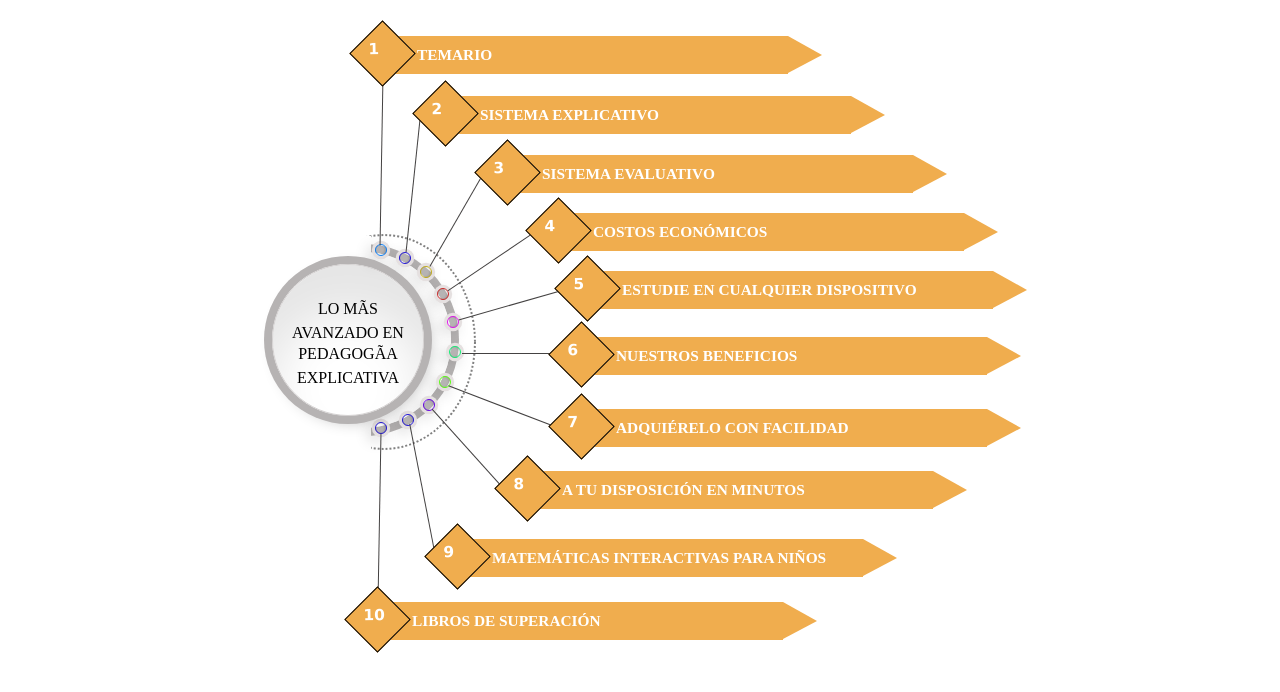
Repository: jennymoreno94/Menu
Page: index.html
These files come from the project's save history. The page is drawn as it stood at one moment and after the next save; the edit follows.
The browser window is 1280 px wide. The pictures show the whole page.

Above is the page before, as saved 2021-08-01 22:13:17.

After the next save:
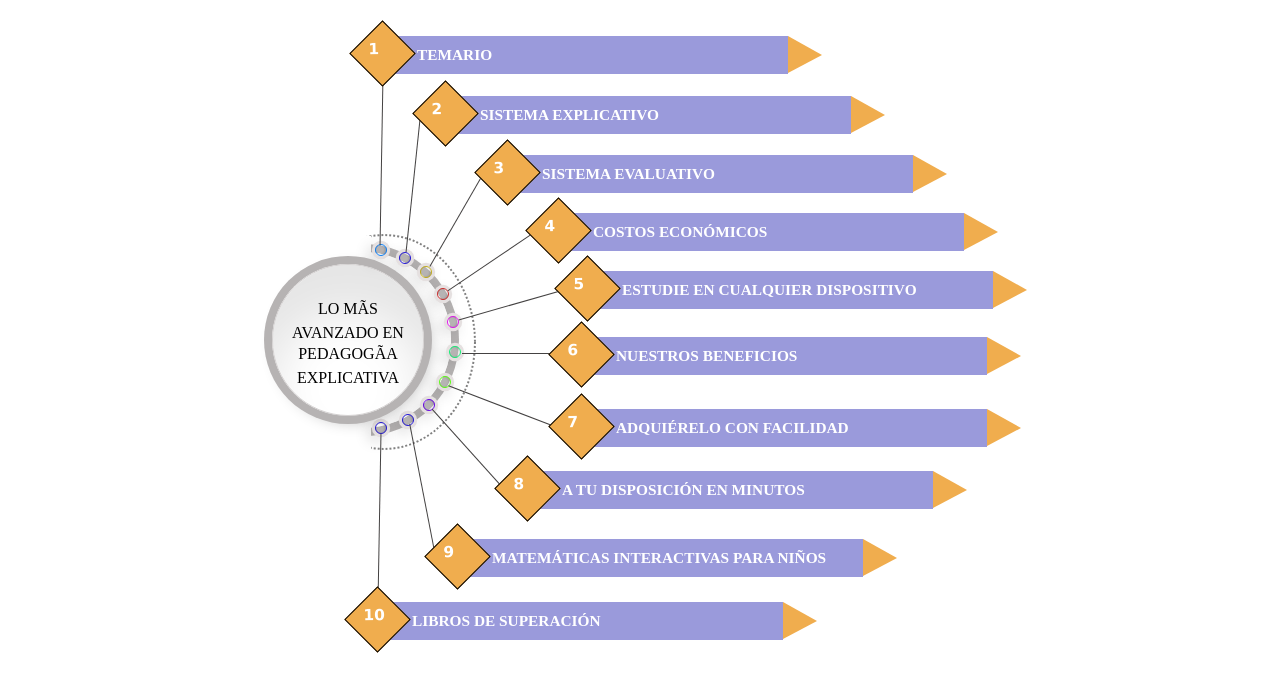
Saved 4 min 45 s later.
--- a/estilo.css
+++ b/estilo.css
@@ -1,3 +1,7 @@
+:root{
+    --color: rgb(154, 154, 219);
+}
+
 .circulo-completo {
     margin: 250px;
 }
@@ -170,8 +174,8 @@ p {
     position: relative;
     width: 400px;
     height: 36px;
-    border: 1px solid #f0ad4e;
-    background: #f0ad4e;
+    border: 1px solid var(--color);
+    background: var(--color);
     display: inline-block;
     color: black;
     text-decoration: none;
